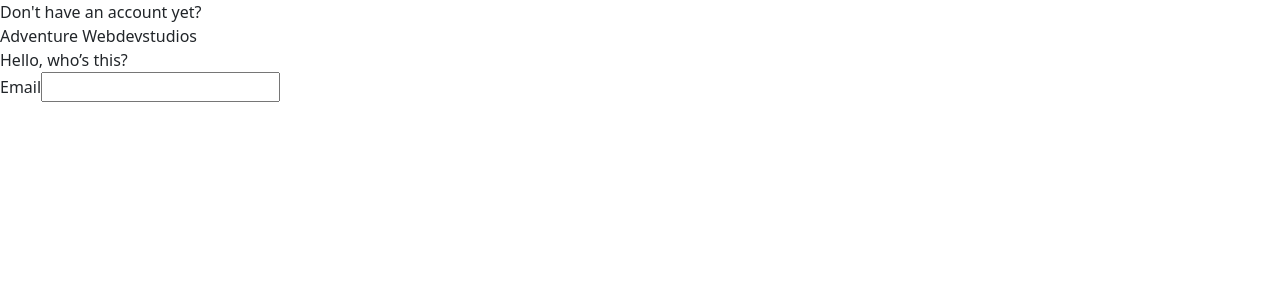
Repository: nnbxxx/React-Untimate
Page: /login
An editor plug-in stored every save of this project. The page is shown before and after the next save, followed by the edit.
The browser window is 1280 px wide. The pictures show the whole page.
The project was rebuilt for these pictures with package versions that can differ from the ones it lists, and the page was loaded fresh each time. Also part of the build but not shown: src/components/Header/header.js, src/App.js, src/components/User/User.js, src/components/Admin/SideBar.scss, src/components/Admin/SideBar.js, src/components/Admin/Admin.scss, src/components/Admin/Admin.js, src/components/Home/HomePage.js and 12 more. Imported but missing from the stored project, and not drawn on this page: src/assets/video-homepage.webm.

Above is the page before, as saved 2023-04-12 20:28:59.

### src/index.js
import React from "react";
import ReactDOM from "react-dom/client";
import App from "./App";
import reportWebVitals from "./reportWebVitals";
import { Provider } from "react-redux";
import store from "./redux/store";
import "bootstrap/dist/css/bootstrap.min.css";
import User from "./components/User/User";
import Admin from "./components/Admin/Admin";
import HomePage from "./components/Home/HomePage";
import ManageUser from "./components/Admin/Content/ManageUser";
import DashBoard from "./components/Admin/Content/DashBoard";
import {
  createBrowserRouter,
  RouterProvider,
  BrowserRouter,
  Route,
  Routes,
} from "react-router-dom";
import Login from "./components/Auth/Login";

const root = ReactDOM.createRoot(document.getElementById("root"));
root.render(
  <Provider store={store}>
    {/* <React.StrictMode> */}
    <BrowserRouter>
      <Routes>
        <Route path='/' element={<App />}>
          <Route index element={<HomePage />} />
          <Route path='users' element={<User />} />
        </Route>
        <Route path='/admins' element={<Admin />}>
          <Route index element={<DashBoard />} />
          <Route path='manage-users' element={<ManageUser />} />
        </Route>
        <Route path='/login' element={<Login />} />
      </Routes>
    </BrowserRouter>

    {/* </React.StrictMode> */}
  </Provider>
);

// If you want to start measuring performance in your app, pass a function
// to log results (for example: reportWebVitals(console.log))
// or send to an analytics endpoint. Learn more: https://bit.ly/CRA-vitals
reportWebVitals();

### src/components/Auth/Login.js
import "./Login.scss";
const Login = () => {
  return (
    <div className='login-container'>
      <div className='header'>Don't have an account yet?</div>
      <div className='title'>Adventure Webdevstudios</div>
      <div className='welcome'>Hello, who’s this?</div>
      <div className='content-form'>
        <div className='form-group'>
          <label>Email</label>
          <input type='email' />
        </div>
      </div>
    </div>
  );
};
export default Login;

### src/App.scss
body {
  padding: 0;
  margin: 0;
  font-family: -apple-system, BlinkMacSystemFont, "Segoe UI", "Roboto", "Oxygen",
    "Ubuntu", "Cantarell", "Fira Sans", "Droid Sans", "Helvetica Neue",
    sans-serif;
  -webkit-font-smoothing: antialiased;
  -moz-osx-font-smoothing: grayscale;
}
.app-container {
  .header-container {
    .btn-login {
      border-radius: 4px;
      color: #262627;
      justify-content: center;
      line-height: 24px;
      margin: 0px 16px 0px 0px;
      padding: 8px 16px;
      text-align: center;
      border: 1px solid black;
    }
    .btn-signup {
      border-radius: 4px;
      color: #fff;
      background-color: #262627;
      justify-content: center;
      line-height: 24px;
      margin: 0px 16px 0px 0px;
      padding: 8px 16px;
      text-align: center;
      border: 1px solid black;

      &:hover {
        // opacity: 0.9;
        background-color: black;
      }
    }
    .navbar {
      z-index: 10;
      padding-top: 25px;
      background-color: rgba(0, 0, 0, 0) !important;
      .nav-link {
        &.active {
          color: #00bfff;
        }
      }
    }
  }
  .homepage-content {
    margin-top: 40px;
    padding: 0 100px;
    position: relative;
    width: 50%;
    display: flex;
    justify-content: center;
    flex-direction: column;
    gap: 20px;
    .title-1 {
      color: #262627;
      font-size: 60px;
      font-weight: 300;
      line-height: 76.8px;
      margin: 0px 0px 24px;
    }
    .title-2 {
      color: #262627;
      font-size: 20px;
      font-weight: 300;
      line-height: 31.2px;
      margin: 0px 0px 40px;
    }
    .btn-3 {
      background-color: #262627;
      border-radius: 4px;
      color: #fcfaf8;
      display: inline-block;
      justify-content: center;
      line-height: 24px;
      padding: 10px 20px;
      text-align: center;
      width: 200px;
      border: none;

      &:hover {
        // opacity: 0.9;
        background-color: black;
      }
    }
  }
}
video {
  position: fixed;
  bottom: 0;
  width: 100vw;
}
@media (min-width: 1450px) {
  .container,
  .container-lg,
  .container-md,
  .container-sm,
  .container-xl,
  .container-xxl {
    max-width: 1400px !important;
  }
}

Loaded but not shown: public/index.html (common file); src/reportWebVitals.js (common file); src/redux/store.js (common file); src/redux/reducer/rootReducer.js (common file); src/redux/reducer/counterReducer.js (common file); src/redux/action/counterAction.js (common file)

After the next save:
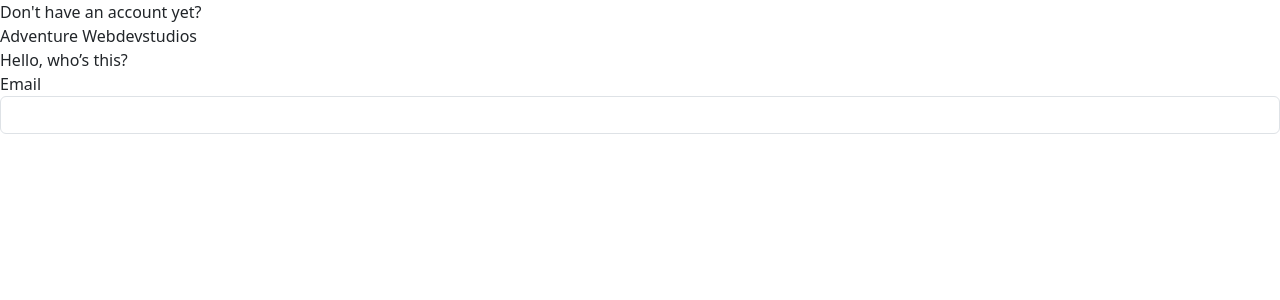
Saved 18 s later.
--- a/src/components/Auth/Login.js
+++ b/src/components/Auth/Login.js
@@ -8,7 +8,7 @@ const Login = () => {
       <div className='content-form'>
         <div className='form-group'>
           <label>Email</label>
-          <input type='email' />
+          <input type='email' className='form-control' />
         </div>
       </div>
     </div>
